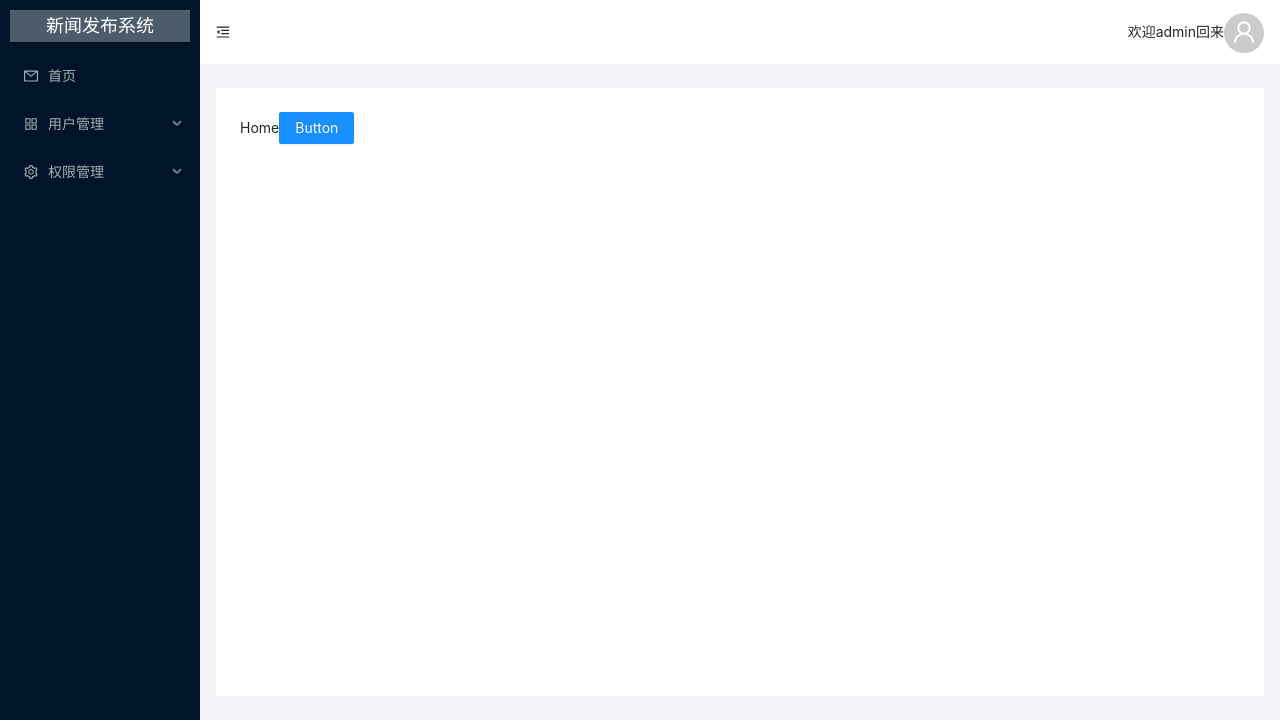
Repository: aiyun-github/news-system
Page: /
The author's editor kept a copy of each file at every save. The page is drawn from the files as they stood at one save, then again after the next save.
The browser window is 1280 px wide. The pictures show the whole page.
The page's requests for data from a server got no answer. The project was rebuilt for these pictures with package versions that can differ from the ones it lists, and the page was loaded fresh each time. No one was signed in, and anything a server would have sent is missing. Also part of the build but not shown: src/views/login/Login.js, src/views/sandbox/no-permission/NoPermission.js, src/views/sandbox/rights-manage/RightsList.js, src/views/sandbox/rights-manage/RoleList.js, src/views/sandbox/user-manage/UserList.js.

Above is the page before, as saved 2023-02-20 17:23:42.

### src/index.js
import React from 'react';
import ReactDOM from 'react-dom';
import './index.css';
import App from './App';
// import reportWebVitals from './reportWebVitals';

ReactDOM.render(<App />, document.getElementById('root'));

// If you want to start measuring performance in your app, pass a function
// to log results (for example: reportWebVitals(console.log))
// or send to an analytics endpoint. Learn more: https://bit.ly/CRA-vitals
// reportWebVitals();

### src/App.js
import React from 'react'
import IndexRouter from './router/IndexRouter'
import './App.css'

export default function App() {
  return <IndexRouter/>
}

### src/router/IndexRouter.js
import React from 'react'
import { HashRouter, Route, Switch } from 'react-router-dom'
import Login from '../views/login/Login'
import NewsSandBox from '../views/sandbox/NewsSandBox'

export default function IndexRouter() {
  return (
    <HashRouter>
        <Switch>
            <Route path='/login' component={Login}/>
            <Route path='/' component={NewsSandBox}/>
            {/* <Route path='/' render={() =>
                localStorage.getItem('token')
                ? <NewsSandBox></NewsSandBox>
                : <Redirect to='/login'/>
            }/> */}
        </Switch>
      </HashRouter>
  )
}

### src/App.css
@import '~antd/dist/antd.css';

### src/views/sandbox/NewsSandBox.js
import React from 'react'
import { Switch, Route, Redirect } from 'react-router-dom'
import SideMenu from '../../components/sandbox/SideMenu'
import TopHeader from '../../components/sandbox/TopHeader'
import Home from './home/Home'
import NoPermission from './no-permission/NoPermission'
import RightsList from './rights-manage/RightsList'
import RoleList from './rights-manage/RoleList'
import UserList from './user-manage/UserList'
import './NewsSandBox.css'
import { Layout } from 'antd';
const { Content } = Layout

export default function NewsSandBox() {
    return (
        <Layout>
            <SideMenu></SideMenu>
            <Layout className="site-layout">
                <TopHeader></TopHeader>
                <Content
                    className="site-layout-background"
                    style={{
                        margin: '24px 16px',
                        padding: 24,
                        minHeight: 280,
                    }}
                >
                    <Switch>
                        <Route path='/home' component={Home} />
                        <Route path="/user-manage/list" component={UserList} />
                        <Route path="/rights-manage/role/list" component={RoleList} />
                        <Route path="/rights-manage/rights/list" component={RightsList} />
                        <Redirect from="/" to="/home" exact />
                        <Route path="*" component={NoPermission} />
                    </Switch>
                </Content>
            </Layout>
        </Layout>
    )
}

### src/components/sandbox/SideMenu.js
import React, { useEffect } from 'react'
import { MailOutlined, AppstoreOutlined, SettingOutlined } from '@ant-design/icons';
import { Layout, Menu } from 'antd';
import './index.css'
import { withRouter } from 'react-router-dom'
import axios from 'axios'
const { Sider } = Layout;

function SideMenu(props) {
    useEffect(() => {
        axios.get('/api/rights?_embed=children').then((res) => {
            console.log(res, 'res');
        })
    }, [])

    const items = [
        getItem('首页', '/home', <MailOutlined />),
        getItem('用户管理', '/user-manage', <AppstoreOutlined />, [
            getItem('用户列表', '/user-manage/list'),
        ]),
        getItem('权限管理', '/rights-manage', <SettingOutlined />, [
            getItem('角色列表', '/rights-manage/role/list'),
            getItem('权限列表', '/rights-manage/rights/list'),
        ]),
    ];
    return (
        <Sider trigger={null} collapsible collapsed={false}>
            <div className="logo" >新闻发布系统</div>
            <Menu
                onClick={(e) => props.history.push(e.key)}
                defaultSelectedKeys={['home']}
                defaultOpenKeys={['user-manage']}
                theme='dark'
                mode="inline"
                items={items}
            />
        </Sider>
    )
}

export default withRouter(SideMenu)

function getItem(label, key, icon, children, type) {
    return {
        key,
        icon,
        children,
        label,
        type,
    };
}

### src/components/sandbox/TopHeader.js
import React, { useState } from 'react'
import {
    MenuFoldOutlined,
    MenuUnfoldOutlined,
    UserOutlined,
} from '@ant-design/icons';
import { Layout, Dropdown, Avatar } from 'antd';
const { Header } = Layout;

export default function TopHeader() {
    const [collapsed, setCollapsed] = useState(false)
    const changeCollapsed = () => {
        setCollapsed(!collapsed)
    }
    const items = [
        {
            key: '1',
            label: '超级管理员',
        },
        {
            key: '2',
            danger: true,
            label: '退出',
        },
    ];
    return (
        <Header
            className="site-layout-background"
            style={{
                padding: '0 16px',
            }}
        >
            {/* {React.createElement(collapsed ? MenuUnfoldOutlined : MenuFoldOutlined, {
            className: 'trigger',
            onClick: () => setCollapsed(!collapsed),
          })} */}
            {
                collapsed
                    ? <MenuUnfoldOutlined onClick={changeCollapsed} />
                    : <MenuFoldOutlined onClick={changeCollapsed} />

            }
            <div style={{ float: 'right' }}>
                <span>欢迎admin回来</span>
                <Dropdown
                    menu={{
                        items,
                    }}
                >
                    <Avatar size="large" icon={<UserOutlined />} />
                </Dropdown>
            </div>
        </Header>
    )
}

### src/views/sandbox/home/Home.js
import React from 'react'
import { Button } from 'antd'

export default function Home() {
    return (
        <div>Home
            <Button type='primary'>Button</Button>
        </div>
    )
}

### src/views/sandbox/NewsSandBox.css
#components-layout-demo-custom-trigger .trigger {
    padding: 0 24px;
    font-size: 18px;
    line-height: 64px;
    cursor: pointer;
    transition: color 0.3s;
  }

  #components-layout-demo-custom-trigger .trigger:hover {
    color: #1890ff;
  }

  #components-layout-demo-custom-trigger .logo {
    height: 32px;
    margin: 16px;
    background: rgba(255, 255, 255, 0.3);
  }

  .site-layout .site-layout-background {
    background: #fff;
  }

  #root, .ant-layout{
    height: 100%;
  }

### src/components/sandbox/index.css
.logo{
    line-height: 32px;
    color: white;
    background-color: rgba(255, 255, 255, 0.3);
    font-size: 18px;
    margin: 10px;
    text-align: center;
}

Loaded but not shown: public/index.html (common file); src/index.css (common file)

After the next save:
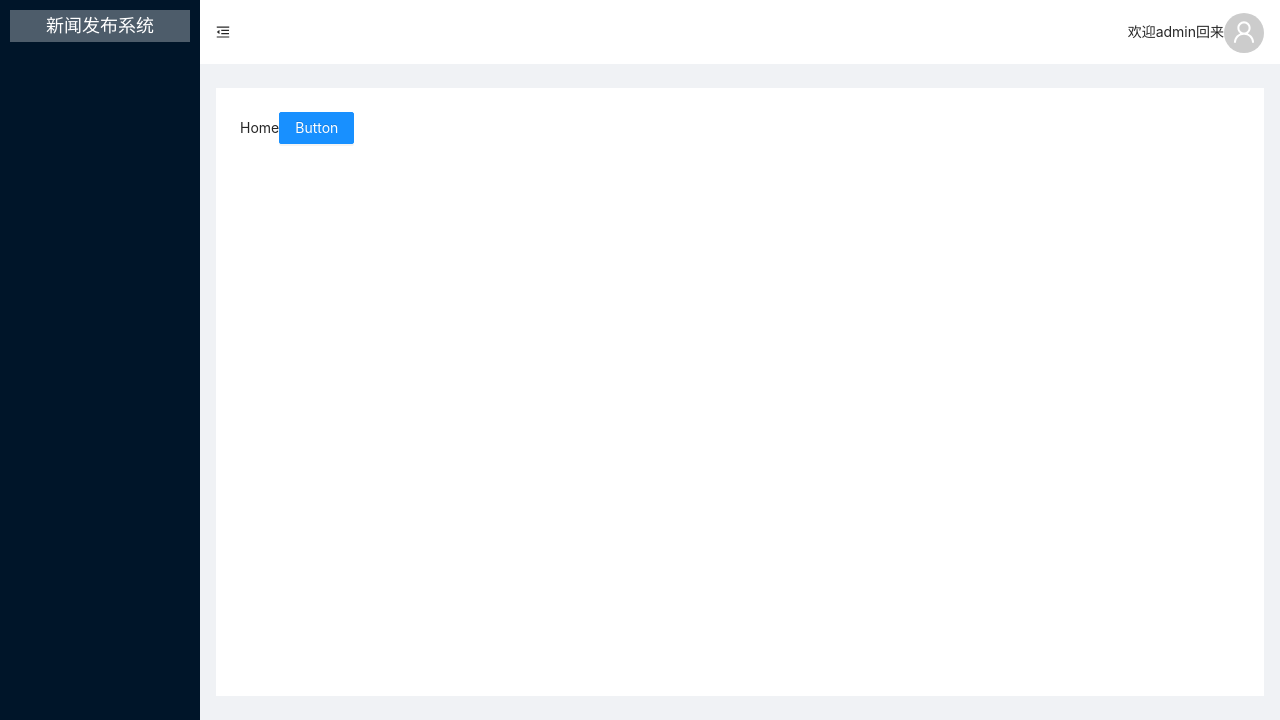
Saved 104 s later.
--- a/src/components/sandbox/SideMenu.js
+++ b/src/components/sandbox/SideMenu.js
@@ -1,4 +1,4 @@
-import React, { useEffect } from 'react'
+import React, { useEffect, useState } from 'react'
 import { MailOutlined, AppstoreOutlined, SettingOutlined } from '@ant-design/icons';
 import { Layout, Menu } from 'antd';
 import './index.css'
@@ -7,9 +7,11 @@ import axios from 'axios'
 const { Sider } = Layout;
 
 function SideMenu(props) {
+    const [menu, setMenu] = useState([])
     useEffect(() => {
         axios.get('/api/rights?_embed=children').then((res) => {
             console.log(res, 'res');
+            setMenu(res.data)
         })
     }, [])
 
@@ -32,7 +34,7 @@ function SideMenu(props) {
                 defaultOpenKeys={['user-manage']}
                 theme='dark'
                 mode="inline"
-                items={items}
+                items={menu}
             />
         </Sider>
     )
